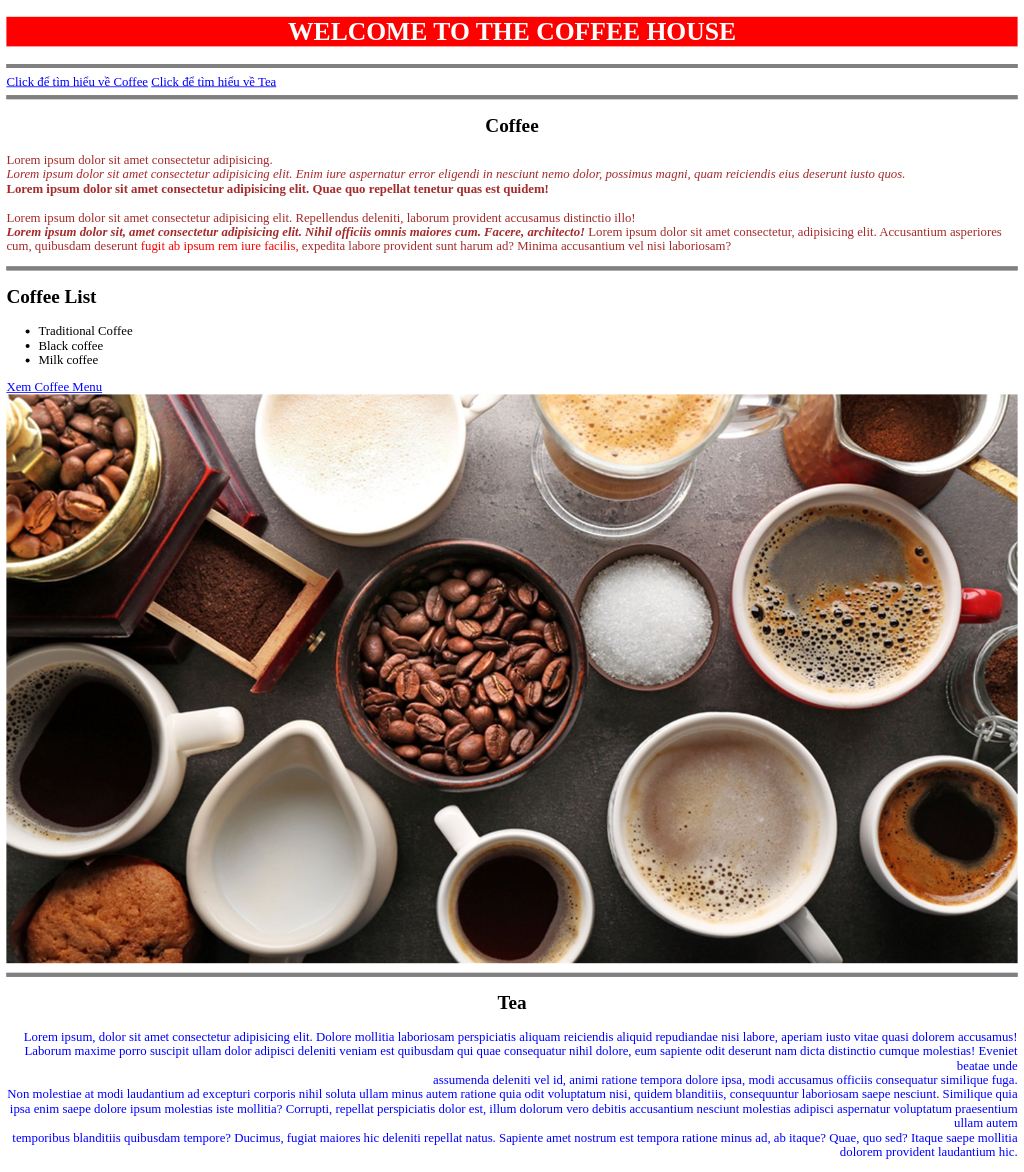
Repository: giahuy405/HomeWork_Coffee
Page: index.html
The author's editor kept a copy of each file at every save. The page is drawn from the files as they stood at one save, then again after the next save.
The browser window is 1280 px wide. The pictures show the whole page, at 80% of full size.

Above is the page before, as saved 2022-09-07 01:23:30.

### index.html
<!DOCTYPE html>
<html lang="en">
<head>
    <meta charset="UTF-8">
    <meta http-equiv="X-UA-Compatible" content="IE=edge">
    <meta name="viewport" content="width=device-width, initial-scale=1.0">
    <title>Document</title>
    <link rel="stylesheet" href="./css/index.css">
</head>
<body>
    <header>
        <h1 style="background-color: red;text-align:center;color:white">WELCOME TO THE COFFEE HOUSE</h1>
        <hr size="5px" noshade>
        <nav>
            <a style="color: blue;" href="#">Click để tìm hiểu về Coffee</a>
            <a style="color: blue;" href="#">Click để tìm hiểu về Tea</a>
        </nav>
        <hr size="5px" noshade>
    </header>

    <div style="color: brown;" class="coffee-intro">
        <h2   style="text-align: center;color: black;">Coffee</h2>
        <p>Lorem ipsum dolor sit amet consectetur adipisicing.
            <br>
            <i>Lorem ipsum dolor sit amet consectetur adipisicing elit. Enim iure aspernatur error eligendi in nesciunt nemo dolor, possimus magni, quam reiciendis eius deserunt iusto quos.</i>
            <br>
            <b>Lorem ipsum dolor sit amet consectetur adipisicing elit. Quae quo repellat tenetur quas est quidem!</b>
            <br><br>
            Lorem ipsum dolor sit amet consectetur adipisicing elit. Repellendus deleniti, laborum provident accusamus distinctio illo! <br>
            <b><i>Lorem ipsum dolor sit, amet consectetur adipisicing elit. Nihil officiis omnis maiores cum. Facere, architecto!</i></b>
            Lorem ipsum dolor sit amet consectetur, adipisicing elit. Accusantium asperiores cum, quibusdam deserunt <span style="color: red;">fugit ab ipsum rem iure facilis,</span> expedita labore provident sunt harum ad? Minima accusantium vel nisi laboriosam?
        </p>
        <hr size="5px" noshade>
    </div>

    <div class="coffee-list">
        <h2>Coffee List</h2>
        <ul style="list-style:disc">
            <li>Traditional Coffee</li>
            <li>Black coffee</li>
            <li>Milk coffee</li>
        </ul>
    </div>
    <a style="color: blue;" href="#">Xem Coffee Menu</a>
    <img style="width:100%" src="./img/coffee.jpg" alt="">

    <hr size="5px" noshade>
    <div class="tea-intro">
        <h2 style="text-align:center">Tea</h2>
        <p style="text-align:right;color:blue">Lorem ipsum, dolor sit amet consectetur adipisicing elit. Dolore mollitia laboriosam perspiciatis aliquam reiciendis aliquid repudiandae nisi labore, aperiam iusto vitae quasi dolorem accusamus! <br>
            Laborum maxime porro suscipit ullam dolor adipisci deleniti veniam est quibusdam qui quae consequatur nihil dolore, eum sapiente odit deserunt nam dicta distinctio cumque molestias! Eveniet beatae unde
        <br>
        assumenda deleniti vel id, animi ratione tempora dolore ipsa, modi accusamus officiis consequatur similique fuga.
    <br>Non molestiae at modi laudantium ad excepturi corporis nihil soluta ullam minus autem ratione quia odit voluptatum nisi, quidem blanditiis, consequuntur laboriosam saepe nesciunt. Similique quia ipsa enim saepe dolore ipsum molestias iste mollitia? Corrupti, repellat perspiciatis dolor est, illum dolorum vero debitis accusantium nesciunt molestias adipisci aspernatur voluptatum praesentium ullam autem <br>
    temporibus blanditiis quibusdam tempore?
Ducimus, fugiat maiores hic deleniti repellat natus. Sapiente amet nostrum est tempora ratione minus ad, ab itaque? Quae, quo sed? Itaque saepe mollitia dolorem provident laudantium hic.
    </p>
    </div>
</body>
</html>

Loaded but not shown: css/index.css (no stored copy; drawn as an empty file)

After the next save:
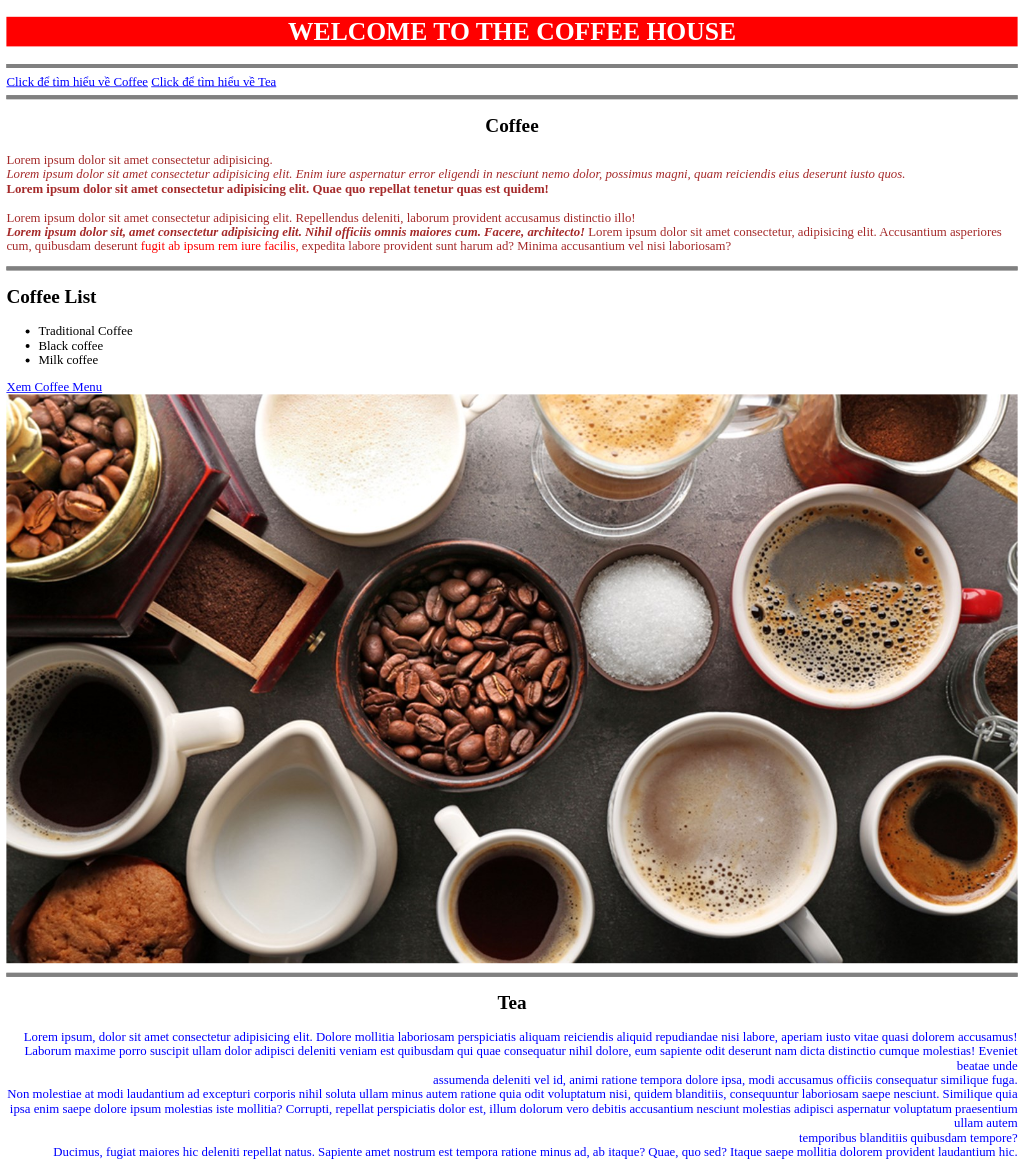
Saved 24 s later.
--- a/index.html
+++ b/index.html
@@ -52,7 +52,7 @@
         <br>
         assumenda deleniti vel id, animi ratione tempora dolore ipsa, modi accusamus officiis consequatur similique fuga.
     <br>Non molestiae at modi laudantium ad excepturi corporis nihil soluta ullam minus autem ratione quia odit voluptatum nisi, quidem blanditiis, consequuntur laboriosam saepe nesciunt. Similique quia ipsa enim saepe dolore ipsum molestias iste mollitia? Corrupti, repellat perspiciatis dolor est, illum dolorum vero debitis accusantium nesciunt molestias adipisci aspernatur voluptatum praesentium ullam autem <br>
-    temporibus blanditiis quibusdam tempore?
+    temporibus blanditiis quibusdam tempore? <br>
 Ducimus, fugiat maiores hic deleniti repellat natus. Sapiente amet nostrum est tempora ratione minus ad, ab itaque? Quae, quo sed? Itaque saepe mollitia dolorem provident laudantium hic.
     </p>
     </div>
